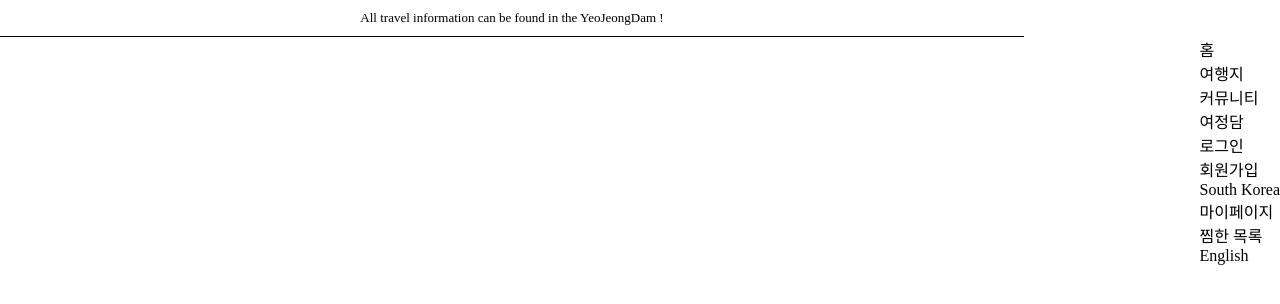
Repository: gaeunlee95/semi
Page: http://localhost/semi/main.jsp
These files come from the project's save history. The page is drawn as it stood at one moment and after the next save; the edit follows.
The browser window is 1280 px wide. The pictures show the whole page.
The page is served by Tomcat 9.

Above is the page before, as saved 2023-12-06 08:10:49.

After the next save:
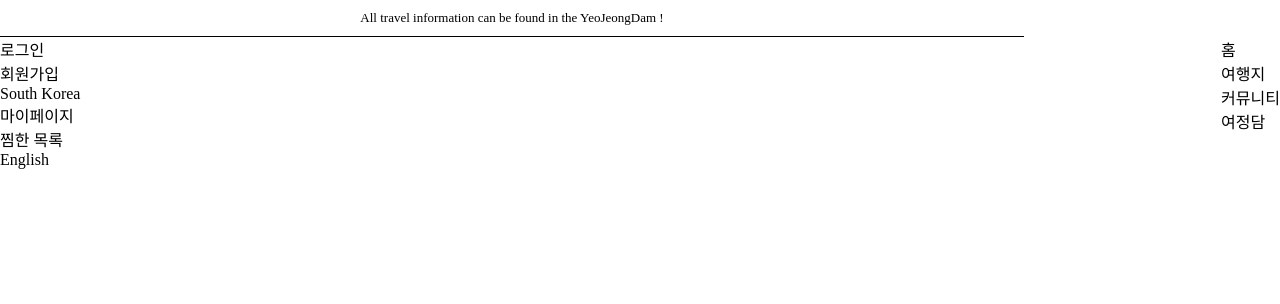
Saved 2 min 48 s later.
--- a/semi/src/main/webapp/header.jsp
+++ b/semi/src/main/webapp/header.jsp
@@ -12,6 +12,7 @@
 			<li>커뮤니티</li>
 			<li>여정담</li>
 		</ul>
+	</nav>
 		<ul id="sideMenu">
 			<li>로그인</li>
 			<li>회원가입</li>
@@ -20,7 +21,7 @@
 			<li>찜한 목록</li>
 			<li>English</li> <!-- 스크롤로 언어(영어/한국) 선택 -->
 		</ul>
-	</nav>
+
 
 
 
